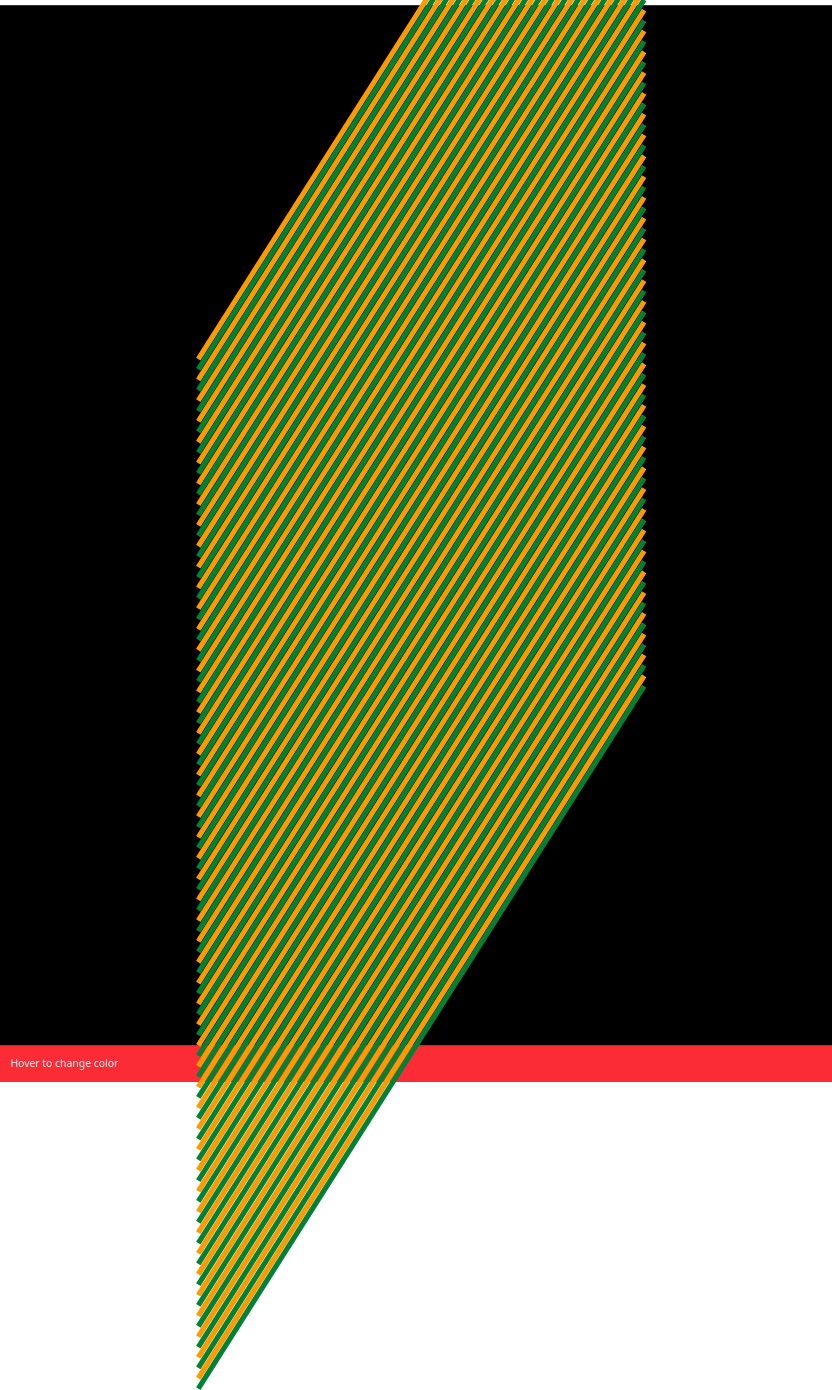
Repository: rahulhr71/AiExam
Page: / (app in teacher/)
These files come from the project's save history. The page is drawn as it stood at one moment and after the next save; the edit follows.
The browser window is 1280 px wide. The pictures show the whole page, at 65% of full size.
The project was rebuilt for these pictures with package versions that can differ from the ones it lists, and the page was loaded fresh each time. Also part of the build but not shown: teacher/vite.config.js.

Above is the page before, as saved 2025-07-31 22:33:52.

After the next save:
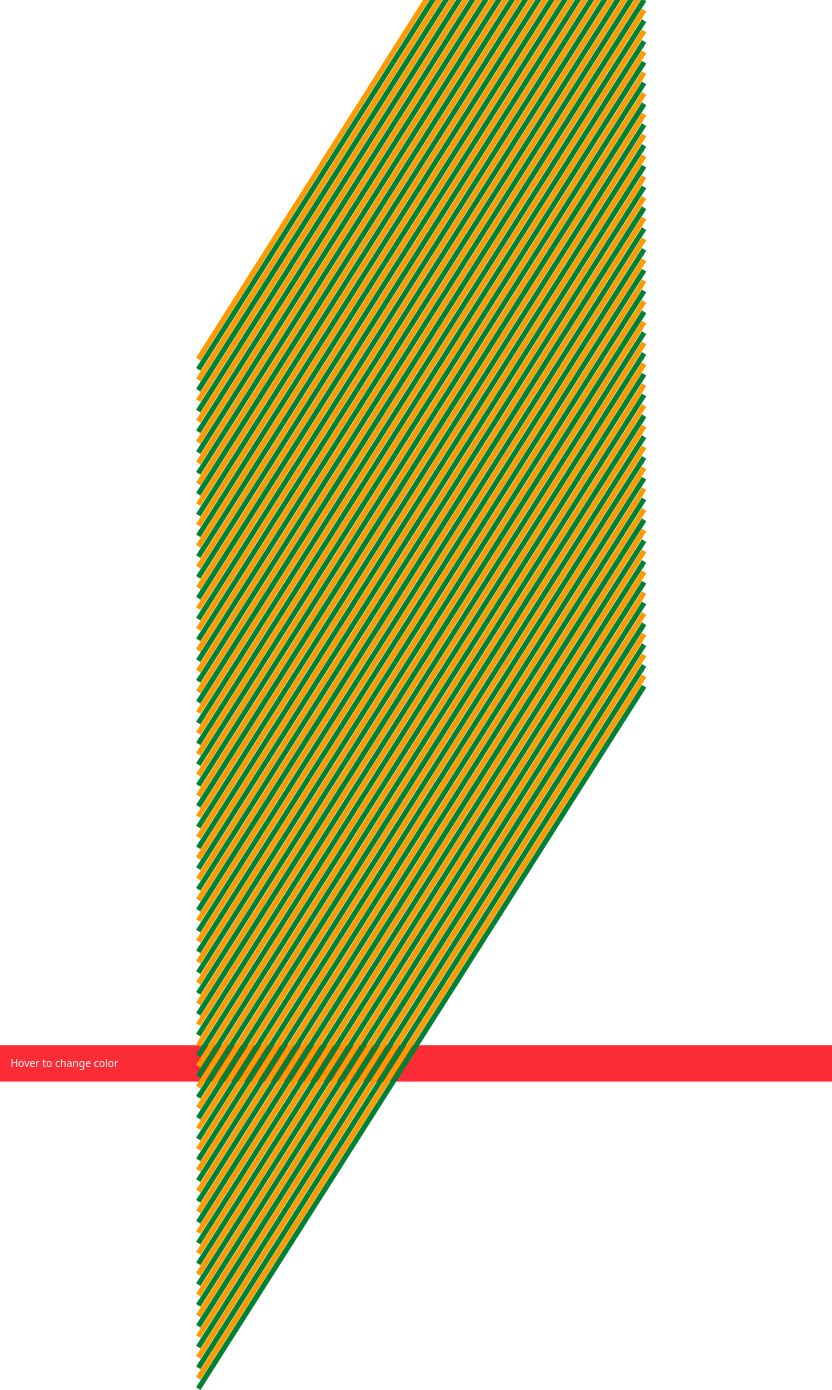
Saved 61 s later.
--- a/teacher/src/App.jsx
+++ b/teacher/src/App.jsx
@@ -8,7 +8,7 @@
 const counts=Array.from({length:100})
 
   return (
-    <div className='bg-black transition-colors hover:bg-amber-500 '>
+    <div>
     {
       counts.map((i,index)=>{
         return(
